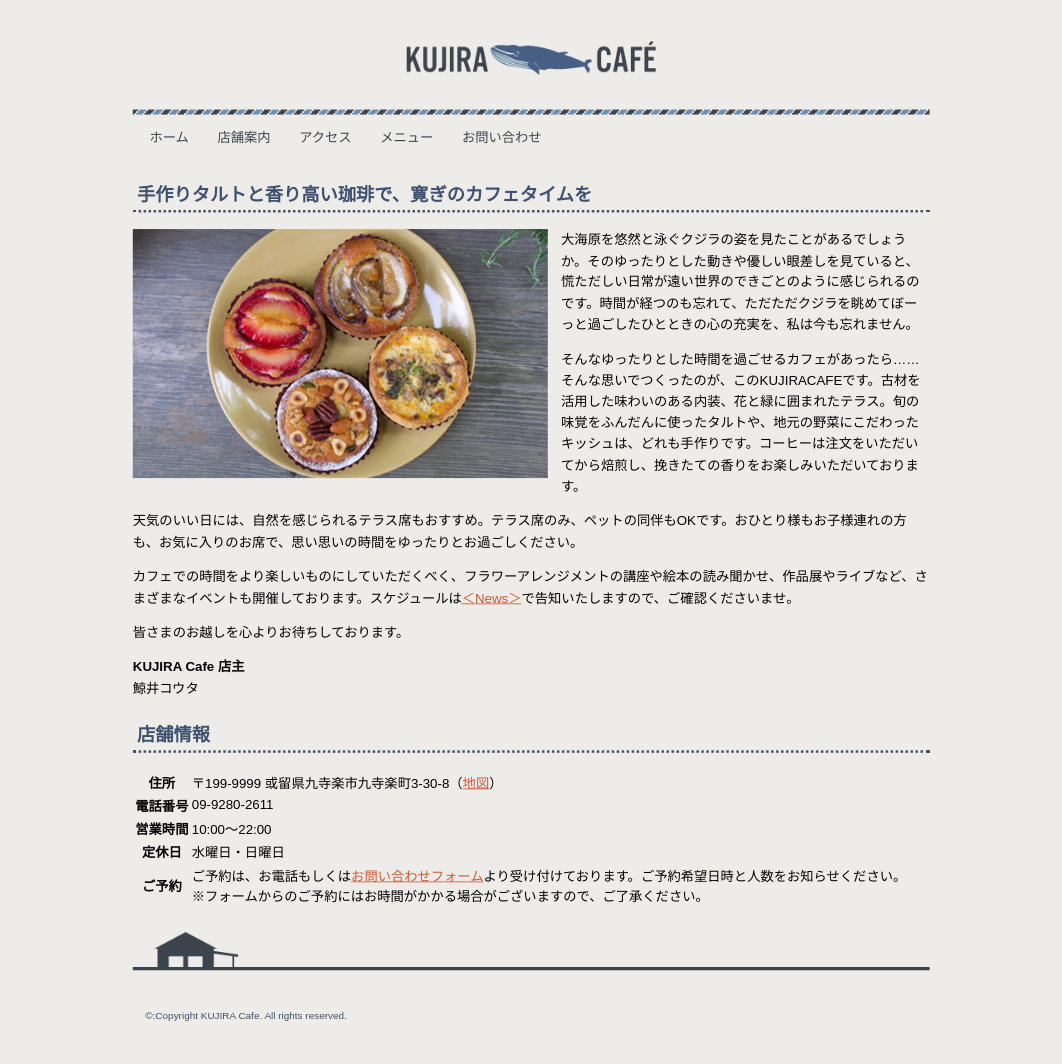
Repository: U-dias/work3
Page: cafe/about.html
The author's editor kept a record of every edit. The page is drawn from the files as they stood at one moment, then again after the next edit.
The browser window is 1280 px wide. The pictures show the whole page, at 83% of full size.

Above is the page before.

After the next edit:
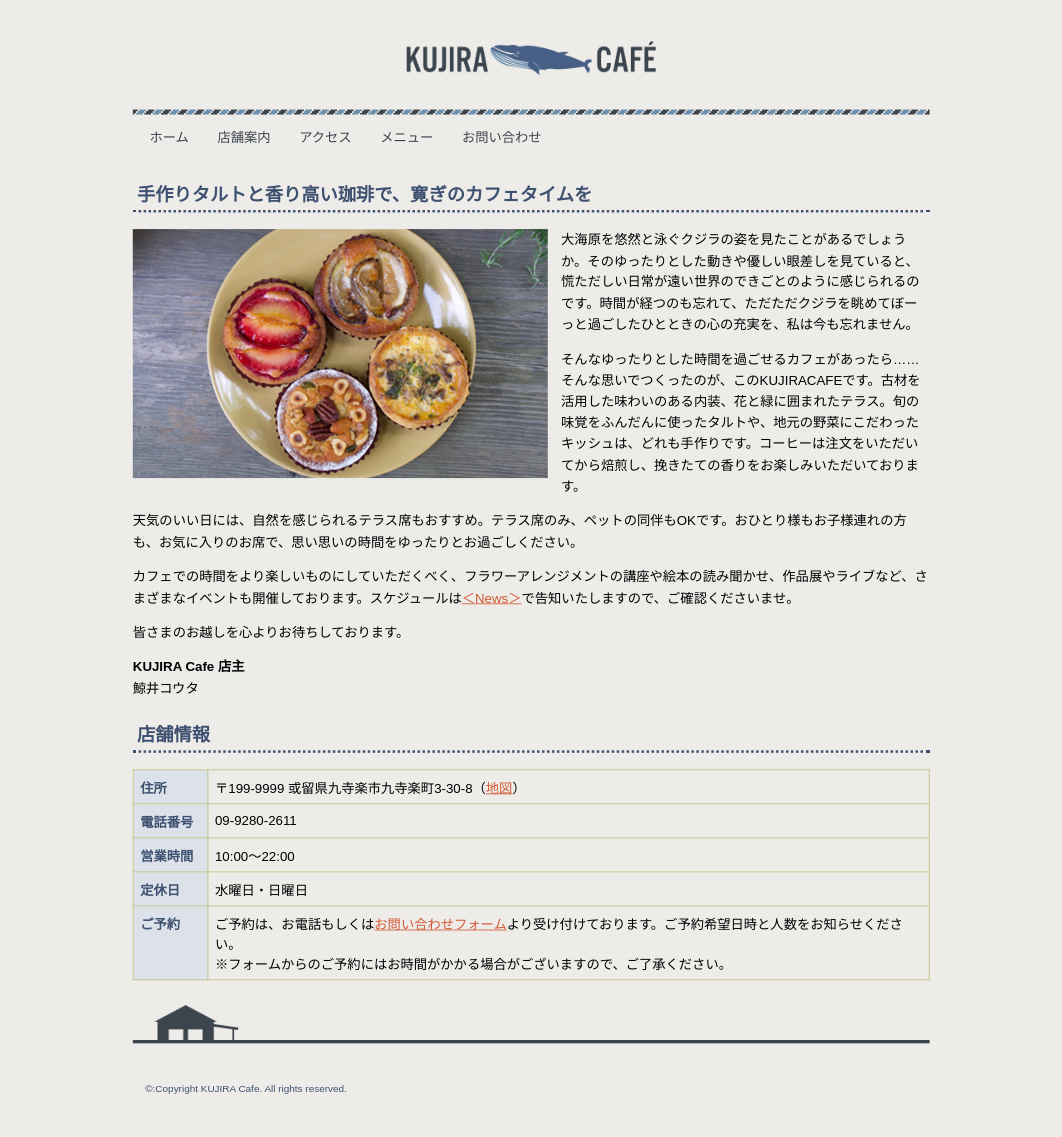
The edit:
--- a/cafe/about.html
+++ b/cafe/about.html
@@ -38,8 +38,8 @@
           鯨井コウタ</p>
 
 
-          <h2>店舗情報</h2>
-          <table>
+          <h2 class="clear">店舗情報</h2>
+          <table class="info">
             <tr>
               <th>住所</th>
               <td>〒199-9999 或留県九寺楽市九寺楽町3-30-8（<a href="access.html">地図</a>）</td>
